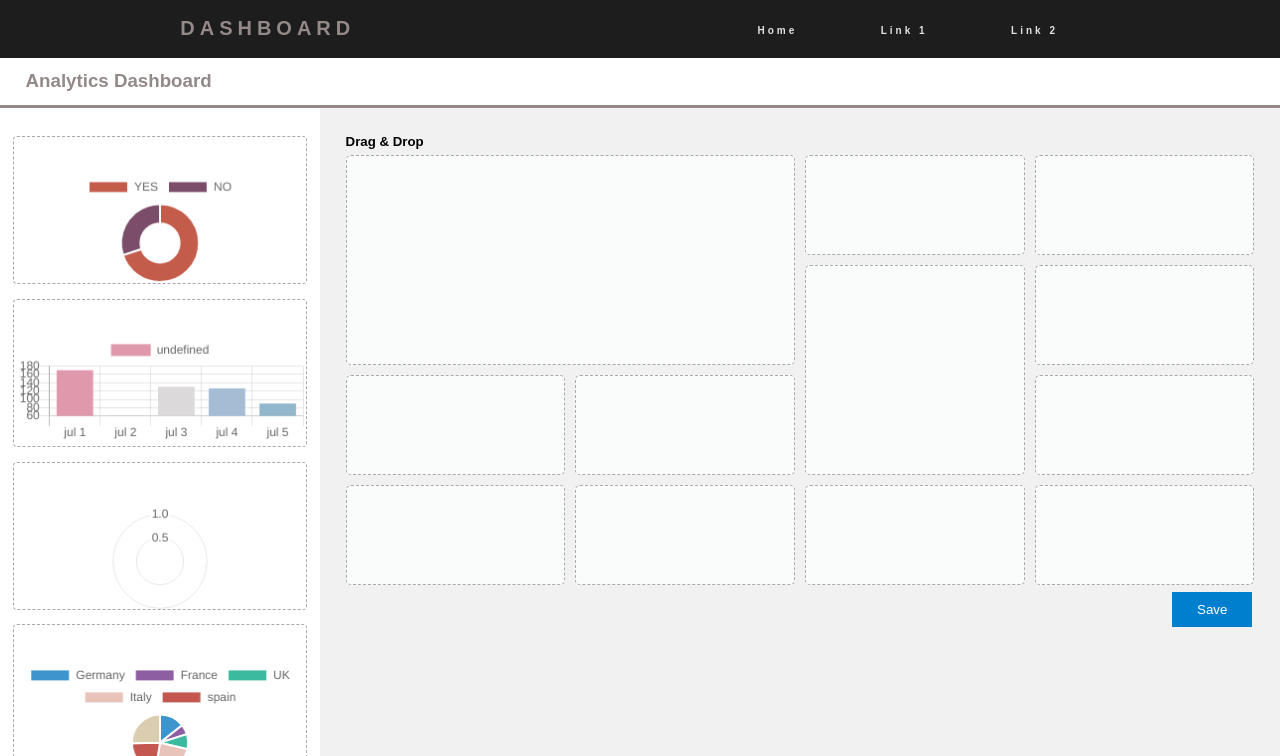
Repository: nourabdelhakam/drag-drop
Page: index.html
An editor plug-in stored every save of this project. The page is shown before and after the next save, followed by the edit.
The browser window is 1280 px wide. The pictures show the whole page.
Some web libraries are served in a nearby version.

Above is the page before, as saved 2020-07-05 21:26:55.

### index.html
<!DOCTYPE html>
<html lang="en">
<head>
    <meta charset="UTF-8">
    <meta name="viewport" content="width=device-width, initial-scale=1.0">
    <meta http-equiv="X-UA-Compatible" content="ie=edge">
    <title>Drag & Drop</title>

    <script src="https://cdn.jsdelivr.net/npm/chart.js@2.8.0"></script>

    <link rel="stylesheet" href="nav/nav.css">
    <link rel="stylesheet" href="css/main.css">
</head>
<body>

    <!-- <nav> -->
        <nav>
            <div class="logo">
                <h4>Dashboard</h4>
            </div>
            <ul class="nav-links">
                <li><a href="">Home</a></li>
                <li><a href="">Link 1</a></li>
                <li><a href="">Link 2</a></li>
            </ul>
            <div class="burger">
                <div class="line1"></div>
                <div class="line2"></div>
                <div class="line3"></div>
            </div>
        </nav>
      <!-- </nav> end of nav -->

      <section>
          <h3>Analytics Dashboard</h3>
          <div class="container">
            <div class="left">
                <div class="list" id="chartList">

                </div>
              </div>
              <div class="right">
                  <h5>Drag & Drop</h5>
                  <div class="wrapper" id="wrapper">
                    <div class="list" id="spot-1"></div>
                    <div class="list" id="spot-2"></div>
                    <div class="list" id="spot-3"></div>
                    <div class="list" id="spot-4"></div>
                    <div class="list" id="spot-5"></div>
                    <div class="list" id="spot-6"></div>
                    <div class="list" id="spot-7"></div>
                    <div class="list" id="spot-8"></div>
                    <div class="list" id="spot-9"></div>
                    <div class="list" id="spot-10"></div>
                    <div class="list" id="spot-11"></div>
                    <div class="list" id="spot-12"></div>
                  </div>
                  <button class="btn" id="saveBtn">Save</button>
                  <button class="btn"  id="tempBtn"  style="display: none;">Template</button>
              </div>
              <div id="preview" class="wrapper">

              </div>
          </div>
      </section>

      <script  src="chartData.js"></script>
      <script src="chart.js" type="text/javascript"></script>

    <script src="main.js" type="text/javascript"></script>
    <script src="nav/nav.js" type="text/javascript"></script>
</body>
</html>

### nav/nav.css
nav {
    display: flex;
    justify-content: space-around;
    align-items: center;
    min-height: 8vh;
    background-color: #1D1D1D;
    font-family: "Poppins", sans-serif;
}
.logo {
    color: rgb(226, 226, 226);
    text-transform: uppercase;
    letter-spacing: 5px;
    font-size: 20px;
}
.nav-links {
    display: flex;
    justify-content: space-around;
    width: 30%;
}
.nav-links li {
    list-style: none;
}
.nav-links a {
    color: rgb(226, 226, 226);
    text-decoration: none;
    letter-spacing: 3px;
    font-weight: bold;
    font-size: 10px;
}
.burger {
    display: none;
    cursor: pointer;
}
.burger div {
    width: 25px;
    height: 3px;
    background-color: rgb(226, 226, 226);
    margin: 5px;
    transition: all 0.3s ease;
}


@media screen and (max-width:1024px) {
    .nav-links {
        width: 60%;
    }
}

@media screen and (max-width:768px) {

    body {
        overflow-x: hidden;
    }
    .nav-links {
        position: absolute;
        right: 0px;
        height: 92vh;
        top: 8vh;
        background-color: #1D1D1D;
        display: flex;
        flex-direction: column;
        align-items: center;
        width: 50%;
        transform: translatex(100%);
        transition: transform 0.5s ease-in;
    }
    .nav-links li {
        opacity: 0;
    }
    .burger {
        display: block;
    }
}

.nav-active {
    transform: translatex(0%);
}

@keyframes navLinkFade {
    from {
        opacity: 0;
        transform: translatex(50%);
    }
    to {
        opacity: 1;
        transform: translatex(0%);
    }
}

.toggle .line1 {
    transform: rotate(-45deg) translate(-5px, 6px);
}
.toggle .line2 {
    opacity: 0;
}
.toggle .line3 {
    transform: rotate(45deg) translate(-5px, -6px);
}

.landing {
    height: 90vh;
    display: flex;
    justify-content: center;
    align-items: center;
}
.landing h1 {
    margin: 100px;
    font-size: 50px;
    color: #ae5fce;
}

### css/main.css
* {
    margin: 0;
    padding: 0;
    box-sizing: border-box;
}
body {
    font-family: Arial, Helvetica, sans-serif;
}
h3, h4, a {
    color: rgb(148, 137, 137);
}
h3 {
    padding: 1% 2%;
}
h5 {
    margin-bottom: .5em;
}
.container {
    border-top: 3px solid rgb(148, 137, 137);
}
.left {
    width: 25%;
    height: 90vh;
    float: left;
    padding: 1%;
    overflow:hidden;
    overflow-y:scroll;
}
.right {
    width: 75%;
    height: 90vh;
    float: left;
    padding: 2%;
    background-color: #F1F1F1;
}

.list-item {
    /* background-color: #F3F3F3; */
    border-radius: 4px;
    border: 1px dashed darkgrey;
    /* padding: 5px 5px;  */
    text-align: center;

    height: 100%;
    width: 100%;
    cursor: pointer;
}
canvas {
    height: 100%;
    width: 100%;
    margin: 5% 0;
}

.wrapper > div {
    border: 1px dashed darkgrey;
    border-radius: 5px;
    background-color: #FAFBFB;
    /* resize: both;
    overflow: auto; */
}
.wrapper {
  display: grid;
  grid-template-columns: repeat(4, 1fr);
  grid-auto-rows: 100px;
  grid-gap: 10px;
}
 .wrapper div:nth-child(2) {
   grid-column: 3;
   grid-row: 2 / 4;
}
 .wrapper div:nth-child(5) {
   grid-column: 1 / 3;
   grid-row: 1 / 3;
}
/* .plus-button {
	border: 2px solid lightgrey;
	background-color: #fff;
	font-size: 16px;
	height: 2.5em;
	width: 2.5em;
	border-radius: 999px;
    position: relative;

}

.plus-button:after,
.plus-button:before {
		content: "";
		display: block;
		background-color: grey;
		position: absolute;
		top: 50%;
		left: 50%;
        transform: translate(-50%, -50%);

	}

	.plus-button:before {
		height: 1em;
		width: 0.2em;
	}

	.plus-button:after {
		height: 0.2em;
		width: 1em;
	}


.plus-button--small {
	font-size: 12px;
} */
.btn {
    background-color: #007FCF;
    border: none;
    color: white;
    padding: 10px 25px;
    text-align: center;
    text-decoration: none;
    display: inline-block;
    margin: 7px 2px;
    cursor: pointer;
    float: right;

}

### chartData.js
 chartData={
    chart1 : {
        id: 1,
        data : [70, 30],
        colors : ['#C45C4B', '#7B4D6A'],
        labels : ['YES', 'NO'],
        type : 'doughnut'
    },
    chart2 : {
        id: 2,
        labels : ['jul 1', 'jul 2', 'jul 3', 'jul 4', 'jul 5'],
        data : [170, 60.5, 130, 126.3, 90],
        colors : ['#E099AC', '#A4BCD3', '#DCD9DA', '#A4BCD4', '#92B6CB'],
        type: 'bar'
    },
    chart3 : {
        id: 3,
        data: {
            labels: ["Africa", "Asia", "Europe", "Latin America", "North America"],
            datasets: [
              {
                label: "Population (millions)",
                backgroundColor: ["#3e95cd", "#8e5ea2","#3cba9f","#e8c3b9","#c45850"],
                data: [2478,5267,734,784,433]
              }
            ]
          },
        type: 'polarArea'
    },
    chart4 : {
        id: 4,
        labels : ['Germany', 'France', 'UK', 'Italy', 'spain'],
        data : [50, 20, 30, 83, 77, 88],
        colors : ["#3e95cd", "#8e5ea2","#3cba9f","#e8c3b9","#c45850", "#dbceb0"],
        type: 'pie'
    },
    chart5 : {
        id: 5,
        labels : ["Africa", "Asia", "Europe", "Latin America", "North America"],
        datasets: [
            {
              label: "1950",
              fill: true,
              backgroundColor: "rgba(179,181,198,0.2)",
              borderColor: "rgba(179,181,198,1)",
              pointBorderColor: "#fff",
              pointBackgroundColor: "rgba(179,181,198,1)",
              data: [8.77,55.61,21.69,6.62,6.82]
            }, {
              label: "2050",
              fill: true,
              backgroundColor: "rgba(255,99,132,0.2)",
              borderColor: "rgba(255,99,132,1)",
              pointBorderColor: "#fff",
              pointBackgroundColor: "rgba(255,99,132,1)",
              pointBorderColor: "#fff",
              data: [25.48,54.16,7.61,8.06,4.45]
            }
          ],
        type: 'radar',
        options: {
            title: {
              display: true,
              text: 'Distribution in % of world population'
            }
          }
    }

}

exports = chartData

### chart.js
function draw(pos, chart, type) {
  var el = document.getElementById(pos);
  console.log(chart);

  var canvas = document.createElement("canvas");
  canvas.className = "list-item";
  canvas.setAttribute("draggable", "true");
  canvas.setAttribute("data-chart", JSON.stringify(chart));

  canvas.id = type + chart.id+'-'+pos;
  el.appendChild(canvas);
  console.log(canvas);
  c = document.getElementById(type + chart.id+'-'+pos).getContext("2d");
  new Chart(c, {
    type: chart.type,
    data: {
      labels: chart.labels,
      datasets: [
        {
          data: chart.data,
          backgroundColor: chart.colors,
        },
      ],
    },
    options: {
      title: {
        Text: "Do you like doughnuts?",
        display: true,
      },
    },
  });
}

exports = draw;

// let myChart1 = document.getElementById("myChart").getContext('2d');
let chartWrapper = document.getElementById("chartList");
console.log(chartWrapper);

for (let chart in chartData) {
  console.log(chartWrapper);

  draw(chartWrapper.id, chartData[chart],'chatLib-');
}


// let labels3 = ['Running', 'Cycling', 'Sleeping', 'Designing', 'Drinking'];

// let myChart3 = document.getElementById("myChart3").getContext('2d');

// let chart3 = new Chart(myChart3, {
//     type: 'radar',
//     data: {
//         labels: labels3,
//         datasets: [
//             {
//                 label: 'champ 1',
//                 fill: true,
//                 backgroundColor: "rgba(179, 181, 198, 0,2)",
//                 borderColor: "rgba(179, 181, 198, 1)",
//                 pointBorderColor: "#fff",
//                 pointBackgroundColor: "rgba(179, 181, 198, 1)",
//                 data: [50, 12, 55, 7, 29]
//             },
//             {
//                 label: 'champ 2',
//                 fill: true,
//                 backgroundColor: "rgba(355, 99, 132, 0,2)",
//                 borderColor: "rgba(355, 99, 132, 1)",
//                 pointBorderColor: "#fff",
//                 pointBackgroundColor: "rgba(355, 99, 132, 1)",
//                 data: [33, 14, 58, 9, 99]
//             },
//         ]
//     },
//     options: {
//         title: {
//             Text: "Skills",
//             display: true
//         }
//     }
// });



// '#E099AC', '#A4BCD3', '#DCD9DA', '#A4BCD4', '#92B6CB'
// let labels4 = ['jan', 'feb', 'mar', 'apr', 'may', 'jun'];

// let myChart4 = document.getElementById("myChart4").getContext('2d');
// let chart4 = new Chart(myChart4, {
//     type: 'line',
//     data: {
//         labels: labels4,
//         datasets: [
//             {
//                 label: "My First dataset",
//                 fillColor: "rgba(220,220,220,0.2)",
//                 strokeColor: "#C45C4B",
//                 pointColor: "#C45C4B",
//                 pointStrokeColor: "#C45C4B",
//                 pointHighlightFill: "#C45C4Bss",
//                 pointHighlightStroke: "rgba(220,220,220,1)",
//                 data: [65, 59, 80, 81, 16, 55, 40]
//             },
//             {
//                 label: "My Second dataset",
//                 fillColor: "rgba(151,187,205,0.2)",
//                 strokeColor: "rgba(151,187,205,1)",
//                 pointColor: "#EA8971",
//                 pointStrokeColor: "#fff",
//                 pointHighlightFill: "#fff",
//                 pointHighlightStroke: "rgba(151,187,205,1)",
//                 data: [28, 48, 40, 19, 86, 27, 90]
//             }
//         ]
//     },
//     options: {
//         scales: {
//             yAxes: [{
//                 stacked: true
//             }]
//         }
//     }
// });

### main.js
const list_items = document.querySelectorAll(".list-item");
const lists = document.querySelectorAll(".list");
var cantAccess = false;
// //localStorage
var wrapper = document.getElementById('wrapper');
const saveBtn = document.getElementById("saveBtn");
const tempPreview = document.getElementById('tempPreview');
const tempBtn =  document.getElementById('tempBtn');
const previewDiv = document.getElementById('preview');
var dragged = null;
var draggedData= null;
var templateList=[];
(function() {
	var temp = JSON.parse(localStorage.getItem('template'));
	if(temp!= null){
		templateList = temp;

		for( chart in templateList){
			draw(templateList[chart].pos,templateList[chart].data,'chartTemplate-')
		}


	}

 })();
saveBtn.addEventListener("click", function () {
  var template = localStorage.getItem("template");
  console.log(template);

  if (template)
    var c = confirm("There is a saved template, Do you want to overwrite it?");


  if (c == true || !template) {

	let itemsArray = JSON.stringify(templateList);
	localStorage.setItem("template", itemsArray);
	tempBtn.style.display = "block"

	// tempPreview.innerHTML = wrapper;
  }
});



 tempBtn.addEventListener('click',function(){
	itemsArray = JSON.parse(localStorage.getItem('template'));
	previewDiv.innerHTML = itemsArray;
})

// tempPreview.addEventListener('click',function(){
// 	itemsArray = JSON.parse(localStorage.getItem('template'));
// 	 wrapper.innerHTML = itemsArray ;
// })

// const data = JSON.parse(localStorage.getItem('items'))
// //localStorage

let draggedItem = null;

for (let i = 0; i < list_items.length; i++) {
  const item = list_items[i];
  console.log(item.id);
  item.addEventListener("dragstart", function () {
    draggedItem = item;
    console.log(cantAccess);
	dragged = item.id;
	draggedData =JSON.parse(item.dataset.chart);

    setTimeout(function () {
	  item.style.display = "none";
	}, 0);
	cantAccess = false
  });

  item.addEventListener("dragend", function () {
    setTimeout(function () {
	  draggedItem.style.display = "block";
    //   draggedItem.style.padding = "0";
    //   draggedItem.style.margin = "0";
    //   draggedItem.style.height = "100%";
    //   draggedItem.style.width = "100%";
      draggedItem = null;
	}, 0);
	cantAccess = false;
  });
}
  for (let j = 0; j < lists.length; j++) {
    const list = lists[j];

    list.addEventListener("dragover", function (e) {
	  e.preventDefault();
	  console.log(e.target.tagName);
	  console.log(cantAccess);

	  if(e.target.tagName == 'CANVAS'){
		  cantAccess = true;
	  }
    });

    list.addEventListener("dragenter", function (e) {
      e.preventDefault();
      this.style.backgroundColor = "#FFFFFF";
    });

    list.addEventListener("dragleave", function (e) {
	  this.style.backgroundColor = "#F9FDFF";
	  console.log(e.target.id	);
	  cantAccess = false;

    });

    list.addEventListener("drop", function (e) {
	  console.log("drop");
	  if(cantAccess)
		return false;
	  i = {
		  id:dragged,
		  pos:e.toElement.id,
		  data: draggedData
	  }
	  var result = templateList.filter(obj => {
		return obj.pos === e.toElement.id
	  })
	  console.log(e.toElement.id);

	  console.log('templateList:'+result);
	  setTimeout(function(){
	  if (result.length == 0){
		  console.log('empty');
		  console.log(i);

		  templateList.push(i);
		  console.log('templalist: '+templateList);
		draw(e.toElement.id,draggedData,'chartTemplate-')

		}},100);

		cantAccess = false
    //   this.append(draggedItem);
	  this.style.backgroundColor = "#FFFFFF";
    });
  }

### nav/nav.js
const navSlide = () => {
    const burger = document.querySelector('.burger');
    const nav = document.querySelector('.nav-links');
    const navLinks = document.querySelectorAll('.nav-links li');


    burger.addEventListener('click', () => {

        //Toggle Nav
        nav.classList.toggle('nav-active');

        //Animate Links
        navLinks.forEach((link, index) => {

            if (link.style.animation) {
                link.style.animation = '';
            } else {
                link.style.animation = `navLinkFade 0.5s ease forwards ${index / 7 + 0.3}s`;
            }

        });

        //Burger Animation
        burger.classList.toggle('toggle');
    });

}

navSlide();

After the next save:
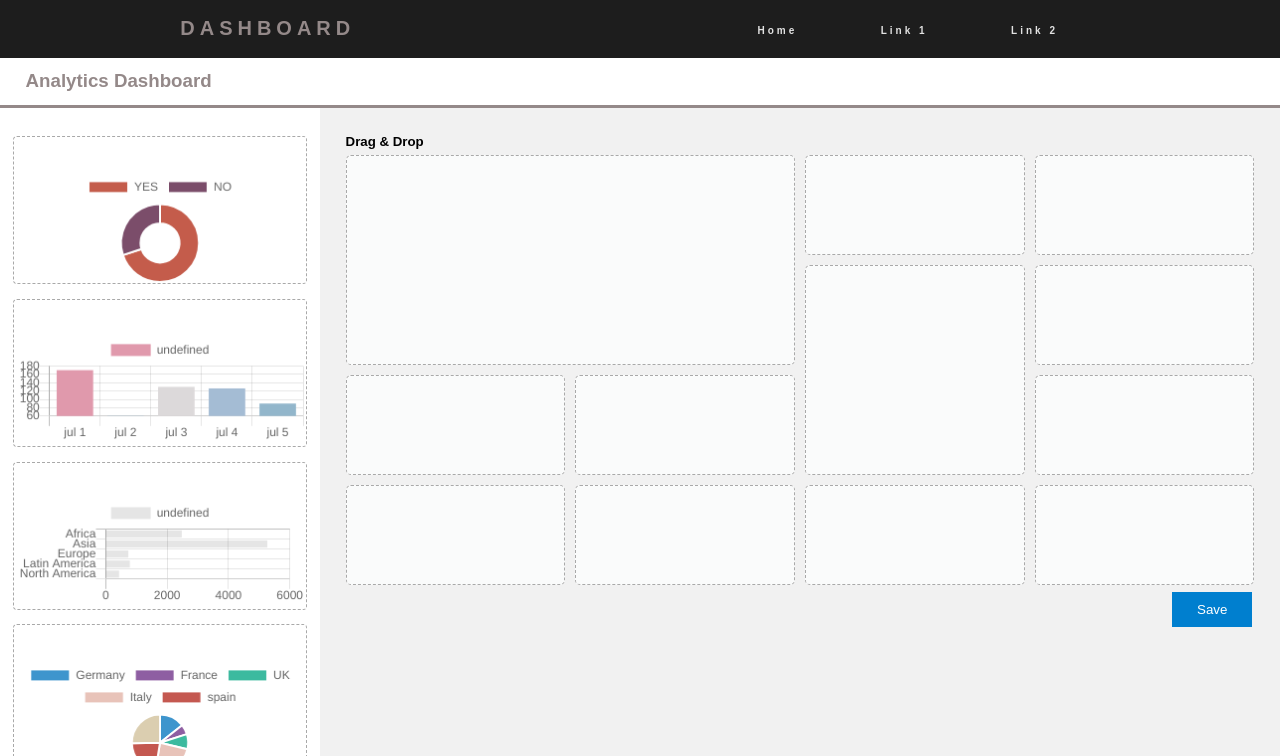
Saved 2 min 1 s later.
--- a/chartData.js
+++ b/chartData.js
@@ -15,17 +15,10 @@
     },
     chart3 : {
         id: 3,
-        data: {
-            labels: ["Africa", "Asia", "Europe", "Latin America", "North America"],
-            datasets: [
-              {
-                label: "Population (millions)",
-                backgroundColor: ["#3e95cd", "#8e5ea2","#3cba9f","#e8c3b9","#c45850"],
-                data: [2478,5267,734,784,433]
-              }
-            ]
-          },
-        type: 'polarArea'
+        labels: ["Africa", "Asia", "Europe", "Latin America", "North America"],
+        backgroundColor: ["#3e95cd", "#8e5ea2","#3cba9f","#e8c3b9","#c45850"],
+        data: [2478,5267,734,784,433],
+        type: 'horizontalBar',
     },
     chart4 : {
         id: 4,
